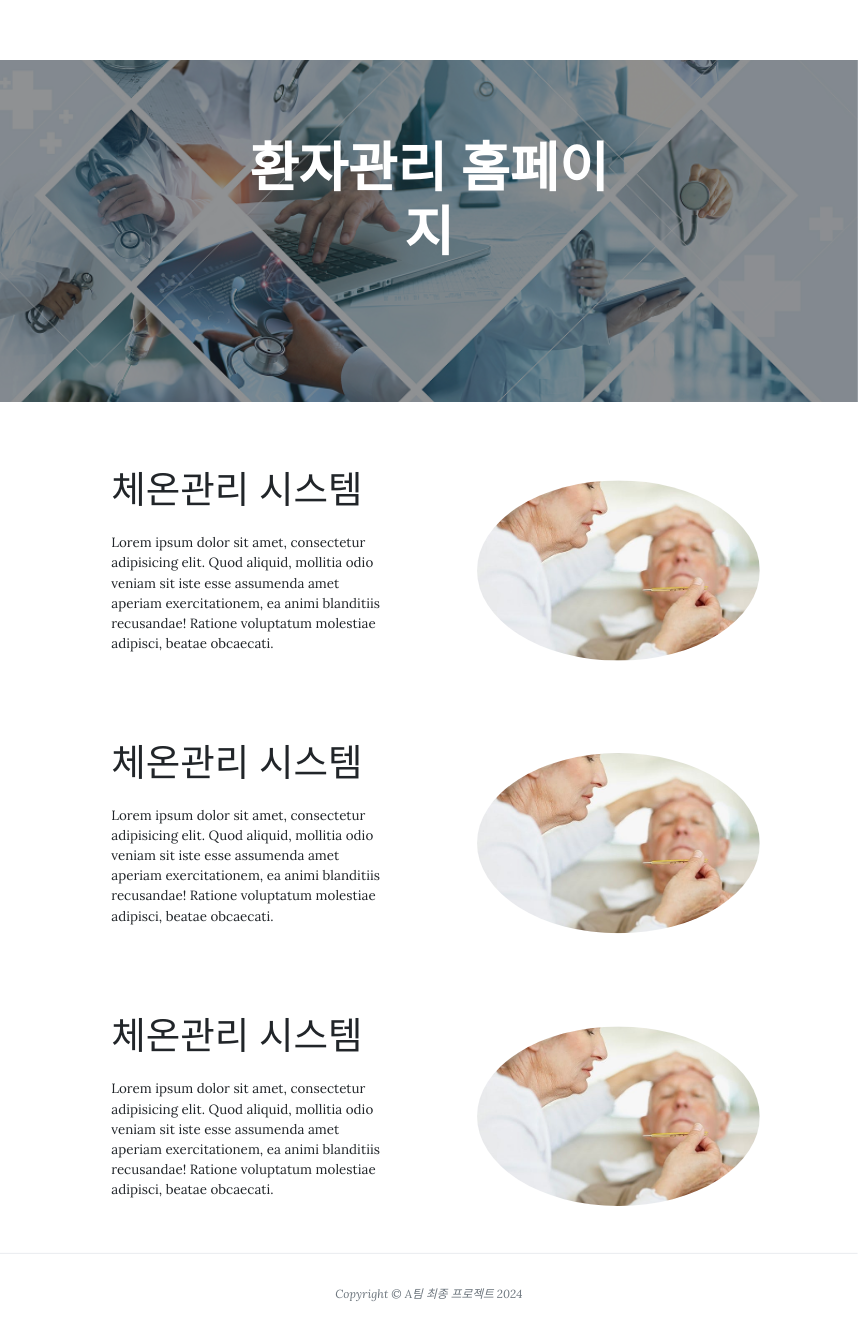
Repository: honsb91/project
Page: http://localhost/hospital/main.jsp
An editor plug-in stored every save of this project. The page is shown before and after the next save, followed by the edit.
The browser window is 1280 px wide. The pictures show the whole page, at 67% of full size.
Some web libraries are served in a nearby version. The page is served by Tomcat 9. Nobody is signed in. The application's start-up code is not run.

Above is the page before, as saved 2024-01-24 03:34:38.

After the next save:
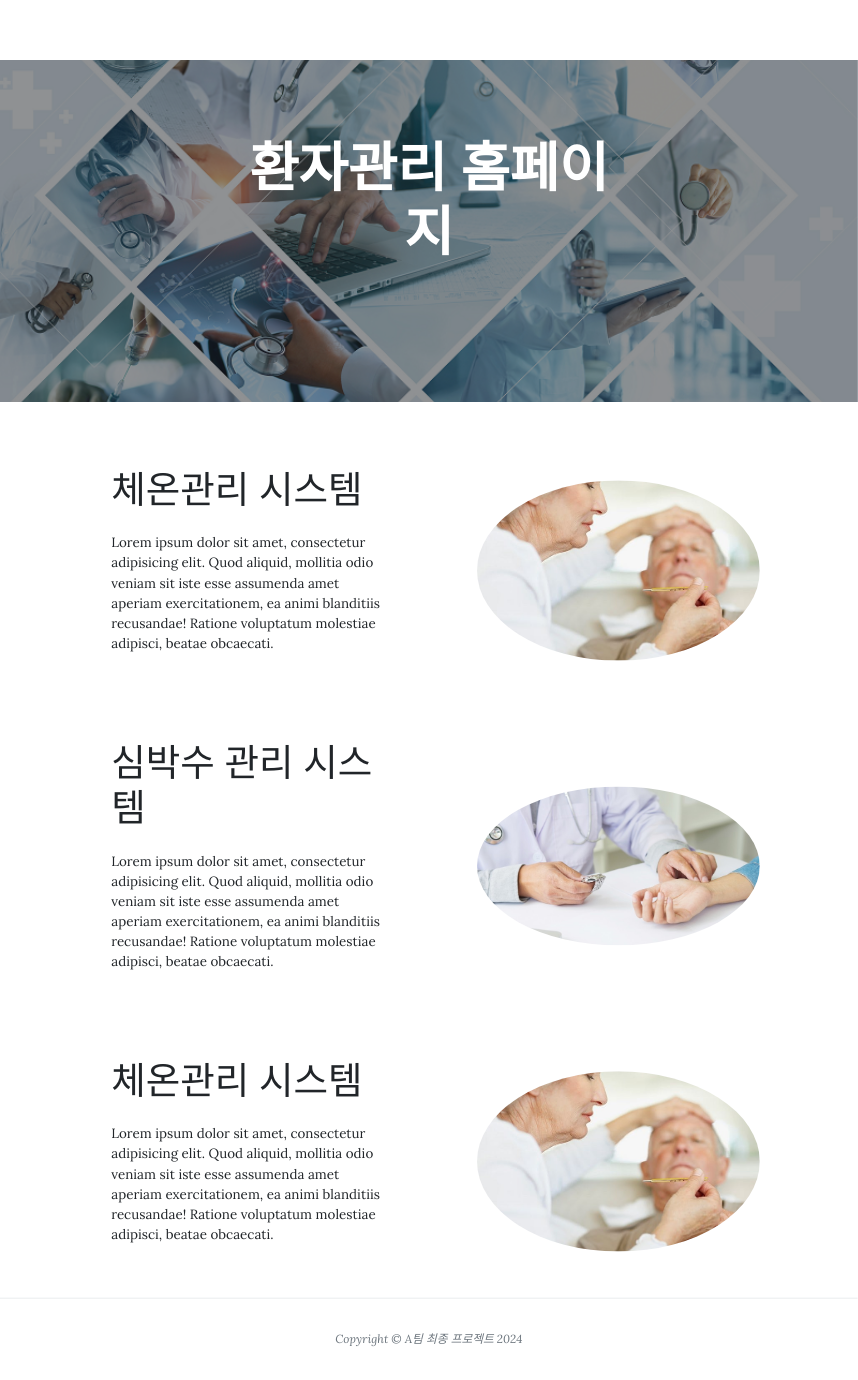
Saved 69 s later.
--- a/hospital/src/main/webapp/main.jsp
+++ b/hospital/src/main/webapp/main.jsp
@@ -77,11 +77,11 @@
                 </div>
                 <div class="row gx-5 align-items-center">
                     <div class="col-lg-6 order-lg-2">
-                        <div class="p-5"><img class="img-fluid rounded-circle" src="resources/assets/img/ok8.jpg" alt="..."></div>
+                        <div class="p-5"><img class="img-fluid rounded-circle" src="resources/assets/img/ok9.jpg" alt="..."></div>
                     </div>
                     <div class="col-lg-6 order-lg-1">
                         <div class="p-5">
-                            <h2 class="display-4">체온관리 시스템</h2>
+                            <h2 class="display-4">심박수 관리 시스템</h2>
                             <p>Lorem ipsum dolor sit amet, consectetur adipisicing elit. Quod aliquid, mollitia odio veniam sit iste esse assumenda amet aperiam exercitationem, ea animi blanditiis recusandae! Ratione voluptatum molestiae adipisci, beatae obcaecati.</p>
                         </div>
                     </div>
